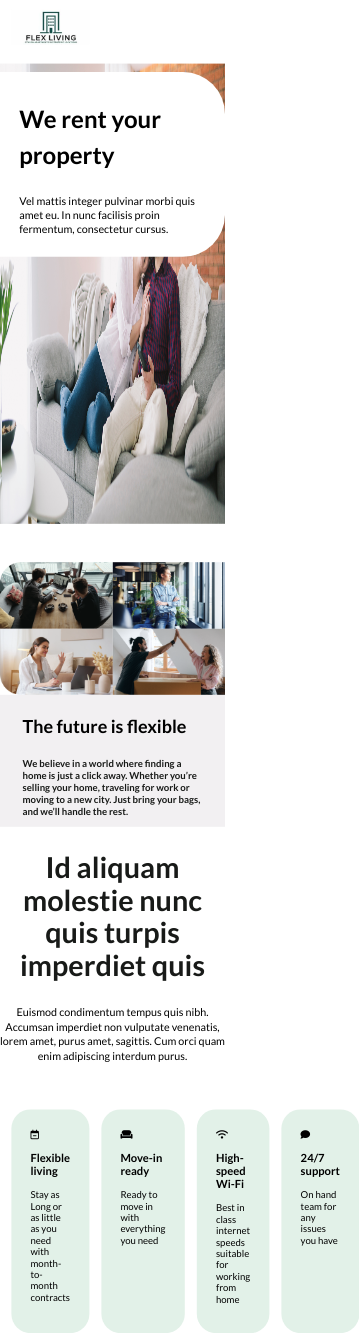
Repository: VickyJacob23/ResponsiveTask4
Page: index.html
These files come from the project's save history. The page is drawn as it stood at one moment and after the next save; the edit follows.
The browser window is 375 px wide. The page is 599 px wide, then 375 px, so the pictures cover 599 px, including what lies to the right of the window. The pictures show the whole page, at 60% of full size.

Above is the page before, as saved 2024-06-28 09:05:23.

After the next save:
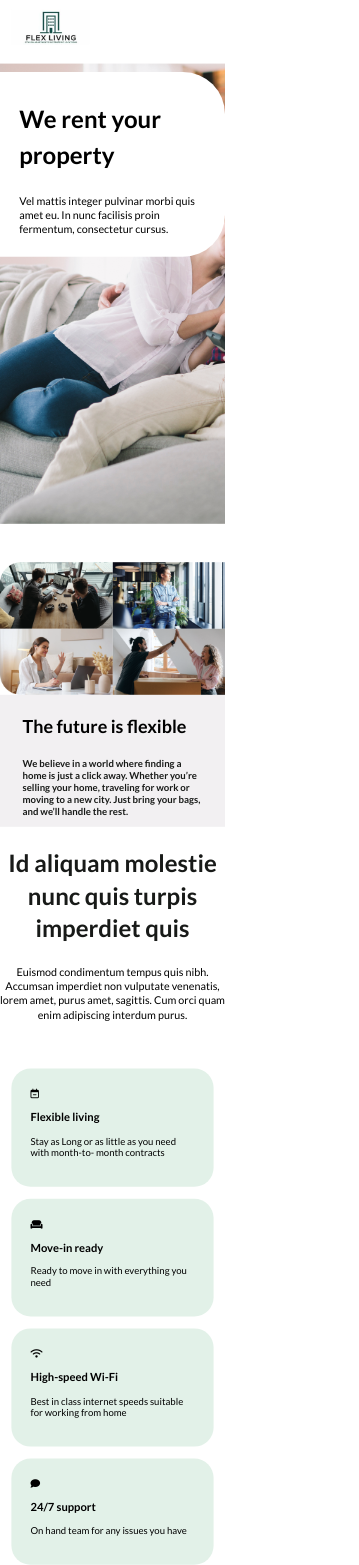
Saved 15 h 11 min later.
--- a/styles.css
+++ b/styles.css
@@ -201,7 +201,7 @@ header {
         .icons__wrapper {
             max-width: 90%;
             display: grid;
-            grid-template-columns: repeat(4, 1fr);
+            grid-template-columns: repeat(auto-fit, minmax(250px, 1fr));
             gap: 20px;
             margin: 0 auto;
         }
@@ -216,7 +216,7 @@ header {
     }
 }
 
-media (max-width: 768px) {
+@media (max-width: 768px) {
     .hero {
         background-position: center;
 
@@ -227,7 +227,6 @@ media (max-width: 768px) {
     }
 
     .future {
-
         width: 100%;
         gap: 0;
 
@@ -244,12 +243,7 @@ media (max-width: 768px) {
         .features h2 {
             width: 100%;
             font-size: 2.5rem;
-        }
-
-        .icons__wrapper {
-                grid-template-columns: repeat(2, 1fr);
-        }
-    }
+        }    }
 
 }
 
@@ -264,8 +258,6 @@ media (max-width: 768px) {
 
     .hero {
         max-width: 100%;
-        background-size: 100vw 100vh;
-        background-repeat: no-repeat;
 
         .hero__container {
             padding: 1em 2em;
@@ -293,7 +285,6 @@ media (max-width: 768px) {
 
         .pics img {
             width: 100%;
-
         }
     }
 
@@ -307,8 +298,6 @@ media (max-width: 768px) {
                 max-width: 100%;
                 font-size: 2rem;
                 text-align: left;
-
-
 
                 .icons__wrapper {
                     display: grid;
@@ -316,10 +305,7 @@ media (max-width: 768px) {
                     align-items: center;
                 }
             }
-
-
-
-        }
-
-    }
-}
+        }
+
+    }
+}
